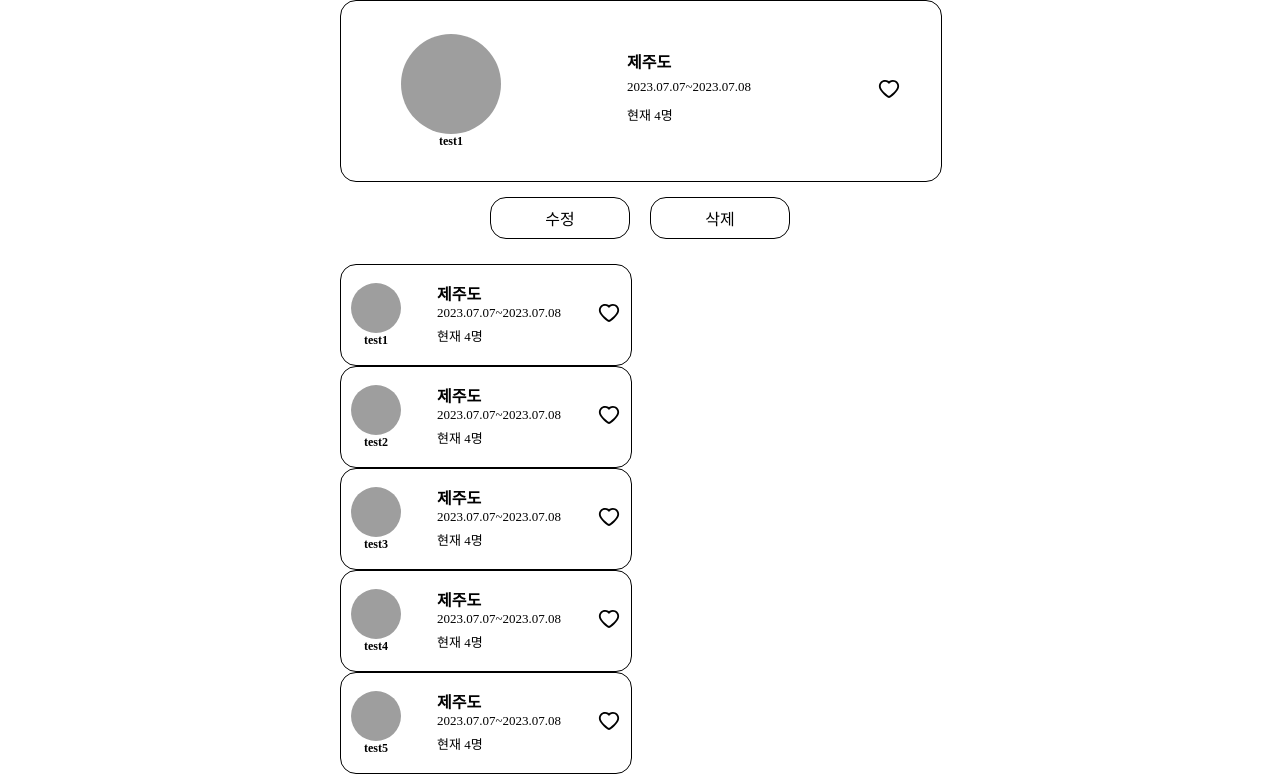
Repository: the-graces/matrip-web
Page: /tripSchedule (app in matrip/)
These files come from the project's save history. The page is drawn as it stood at one moment and after a run of saves; the edit follows.
The browser window is 1280 px wide. The pictures show the whole page.
Pictures or frames that could not be fetched are drawn as grey boxes. The project was rebuilt for these pictures with package versions that can differ from the ones it lists, and the page was loaded fresh each time. Also part of the build but not shown: matrip/src/pages/Main/mainStyle.tsx, matrip/src/pages/Main/Post.tsx, matrip/src/pages/Main/index.tsx, matrip/src/pages/FriendSearch/friendSearchStyle.tsx, matrip/src/data/userdata.ts, matrip/src/pages/FriendSearch/index.tsx, matrip/src/pages/ItineraryInfo/index.scss, matrip/src/pages/ItineraryInfo/itineraryInfoStyle.tsx and 4 more.

Above is the page before, as saved 2023-07-09 13:38:41.

### matrip/src/App.tsx
import React from "react";
import { BrowserRouter, Route, Routes } from "react-router-dom";
import Main from "./pages/Main";

import FriendSearch from "./pages/FriendSearch";
import ItineraryInfo from "./pages/ItineraryInfo";
import UserProfile from "./pages/UserProfile";

import GlobalFonts from "./styles/fonts";
import TripSchedule from "./pages/TripSchedule";

function App() {
   return (
      <BrowserRouter>
         <GlobalFonts />
         <Routes>
            <Route
               path="/"
               element={<Main />}
            />
            <Route
               path="/friendSearch"
               element={<FriendSearch />}
            />
            <Route
               path="/itineraryInfo"
               element={<ItineraryInfo />}
            />
            <Route
               path="/userProfile"
               element={<UserProfile />}
            />
            <Route
               path="/tripSchedule"
               element={<TripSchedule />}
            />
         </Routes>
      </BrowserRouter>
   );
}

export default App;

### matrip/src/styles/fonts/index.js
import { createGlobalStyle } from "styled-components";
import Prentendard from "./Pretendard-Regular.woff2";

export default createGlobalStyle`
@font-face {
    font-family: "Prentendard";
    src: url(${Prentendard}) fromat("woff2");
}`;

### matrip/src/pages/TripSchedule/index.tsx
import React from "react";
import "./index.scss";

import * as iss from "./TripScheduleStyle";
import * as gs from "../../styles/GlobalStyles";
import "./index.scss";
import { fdata } from "../../data/userdata";
import { postdata } from "../../data/postdata";
import { AiOutlineHeart } from "react-icons/ai";
import UserList from "./UserList";

const TripSchedule: React.FC = () => {
  const post = postdata[0];

  return (
    <gs.MainContainer>
      <iss.MainContainer>
        <iss.postBox key={post.id}>
          <iss.profileBox to={"/userProfile"}>
            <iss.profileImgBox>
              <iss.profileImg src={post.imgurl} alt="유저 프로필" />
            </iss.profileImgBox>
            <iss.Nickname>{post.nick}</iss.Nickname>
          </iss.profileBox>
          <iss.postContent to={"/itineraryInfo"}>
            <iss.postTitle>{post.destination}</iss.postTitle>
            <iss.postPeriod>
              {post.startDate}~{post.endData}
            </iss.postPeriod>
            <iss.postPeriod>현재 {post.personnel}명</iss.postPeriod>
          </iss.postContent>
          <div>
            <iss.LikeBtn>
              <AiOutlineHeart size="24" />
            </iss.LikeBtn>
          </div>
        </iss.postBox>

        <iss.TripSchedulePostButton>
          <iss.TripSchedulePostButtonL>수정</iss.TripSchedulePostButtonL>
          <iss.TripSchedulePostButtonR>삭제</iss.TripSchedulePostButtonR>
        </iss.TripSchedulePostButton>

        <UserList/>
      </iss.MainContainer>
    </gs.MainContainer>
  );
};

export default TripSchedule;

### matrip/src/styles/GlobalStyles.tsx
import { styled } from "styled-components";

// 전체 화면 컨테이너
export const MainContainer = styled.div`
   width: 100%;
   display: flex;
   justify-content: center;
   font-family: Pretendard;
`;

// 그 안에 들어갈 내용을 감싸는 컨테이너
export const MainBox = styled.div`
   max-width: 600px;
   width: 100%;
   display: flex;
   flex-direction: column;
   align-items: center;

   @media screen and (min-width: 600px) {
      width: 600px;
   }
`;

### matrip/src/pages/TripSchedule/TripScheduleStyle.tsx
import { Link } from "react-router-dom";
import { styled } from "styled-components";

export const MainContainer = styled.div`
  max-width: 600px;
  width: 100%;

  @media screen and (min-width: 600px) {
    width: 600px;
  }
`;

export const postBox = styled.div`
  width: 100%;
  height: 180px;
  display: flex;
  align-items: center;
  justify-content: space-between;
  border: solid #000 1px;
  border-radius: 16px;
`;

export const profileBox = styled(Link)`
  padding: 0 10px;
  display: flex;
  flex-direction: column;
  align-items: center;
  color: #000;
  text-decoration: none;
  margin-left: 50px;
`;
export const profileImgBox = styled.div`
  width: 100px;
  height: 100px;
`;

export const profileImg = styled.img`
  width: 100%;
  height: 100%;
  object-fit: cover;
  border-radius: 50%;
`;

export const Nickname = styled.h4`
  font-size: 12px;
  font-weight: 600;
  margin: 0;
`;

export const postContent = styled(Link)`
  color: #000;
  text-decoration: none;
`;

export const postTitle = styled.div`
  font-size: 16px;
  font-weight: 800;
  margin-bottom: 6px;
`;

export const postPeriod = styled.div`
  font-size: 13px;
  margin-bottom: 10px;
`;

export const LikeBtn = styled.button`
  border: none;
  background: none;
  cursor: pointer;
  padding: 0 10px;
  margin-right: 30px;
`;

export const TripSchedulePostButton = styled.div`
  width: 50%;
  display: flex;
  border-radius: 40px;
  margin: auto;
  margin-top: 15px;
  gap: 20px;
  margin-bottom: 25px;
`;

export const TripSchedulePostButtonL = styled.div`
  width: 100%;
  height: 40px;
  display: flex;
  align-items: center;
  justify-content: space-between;
  border: solid #000 1px;
  border-radius: 16px;
  justify-content: center;
`;

export const TripSchedulePostButtonR = styled.div`
  width: 100%;
  height: 40px;
  display: flex;
  align-items: center;
  justify-content: space-between;
  border: solid #000 1px;
  border-radius: 16px;
  justify-content: center;
`;

export const userList = styled.div`

`;

export const userListPostBox = styled.div`
  width: calc((100% - 20px) / 2);
  height: 100px;
  display: flex;
  align-items: center;
  justify-content: space-between;
  border: solid #000 1px;
  border-radius: 16px;
`;

export const userListProfileBox = styled(Link)`
  padding: 0 10px;
  display: flex;
  flex-direction: column;
  align-items: center;
  color: #000;
  text-decoration: none;
`;

export const userListProfileImgBox = styled.div`
  width: 50px;
  height: 50px;
`;

export const userListProfileImg = styled.img`
  width: 100%;
  height: 100%;
  object-fit: cover;
  border-radius: 50%;
`;

export const userListNickname = styled.h4`
  font-size: 12px;
  font-weight: 600;
  margin: 0;
`;

export const userListPostContent = styled(Link)`
  color: #000;
  text-decoration: none;
`;

export const userListPostTitle = styled.div`
  font-size: 16px;
  font-weight: 800;
`;

export const userListPostPeriod = styled.div`
  font-size: 13px;
  margin-bottom: 5px;
`;

export const userListPLikeBtn = styled.button`
  border: none;
  background: none;
  cursor: pointer;
  padding: 0 10px;
`;

### matrip/src/data/postdata.ts
export const postdata = [
  {
    id: "1",
    nick: "test1",
    imgurl:
      "https://img2.daumcdn.net/thumb/R658x0.q70/?fname=https://t1.daumcdn.net/news/202302/21/spotvnews/20230221133133423kfxy.jpg",
    destination: "제주도",
    startDate: "2023.07.07",
    endData: "2023.07.08",
    personnel: 4,
  },
  {
    id: "2",
    nick: "test2",
    imgurl:
      "https://img2.daumcdn.net/thumb/R658x0.q70/?fname=https://t1.daumcdn.net/news/202302/21/spotvnews/20230221133133423kfxy.jpg",
    destination: "제주도",
    startDate: "2023.07.07",
    endData: "2023.07.08",
    personnel: 4,
  },
  {
    id: "3",
    nick: "test3",
    imgurl:
      "https://img2.daumcdn.net/thumb/R658x0.q70/?fname=https://t1.daumcdn.net/news/202302/21/spotvnews/20230221133133423kfxy.jpg",
    destination: "제주도",
    startDate: "2023.07.07",
    endData: "2023.07.08",
    personnel: 4,
  },
  {
    id: "4",
    nick: "test4",
    imgurl:
      "https://img2.daumcdn.net/thumb/R658x0.q70/?fname=https://t1.daumcdn.net/news/202302/21/spotvnews/20230221133133423kfxy.jpg",
    destination: "제주도",
    startDate: "2023.07.07",
    endData: "2023.07.08",
    personnel: 4,
  },
  {
    id: "5",
    nick: "test5",
    imgurl:
      "https://img2.daumcdn.net/thumb/R658x0.q70/?fname=https://t1.daumcdn.net/news/202302/21/spotvnews/20230221133133423kfxy.jpg",
    destination: "제주도",
    startDate: "2023.07.07",
    endData: "2023.07.08",
    personnel: 4,
  },
];

### matrip/src/pages/TripSchedule/UserList.tsx
import React from "react";
import "./index.scss";

import * as iss from "./TripScheduleStyle";
import "./index.scss";
import { fdata } from "../../data/userdata";
import { AiOutlineHeart } from "react-icons/ai";
import { postdata } from "../../data/postdata";

const UserList: React.FC = () => {
  return (
    <iss.userList>
      {postdata.map((post) => (
        <iss.userListPostBox key={post.id}>
          <iss.userListProfileBox to={"/userProfile"}>
            <iss.userListProfileImgBox>
              <iss.userListProfileImg src={post.imgurl} alt="유저 프로필" />
            </iss.userListProfileImgBox>
            <iss.userListNickname>{post.nick}</iss.userListNickname>
          </iss.userListProfileBox>
          <iss.userListPostContent to={"/itineraryInfo"}>
            <iss.userListPostTitle>{post.destination}</iss.userListPostTitle>
            <iss.userListPostPeriod>
              {post.startDate}~{post.endData}
            </iss.userListPostPeriod>
            <iss.userListPostPeriod>현재 {post.personnel}명</iss.userListPostPeriod>
          </iss.userListPostContent>
          <div>
            <iss.userListPLikeBtn>
              <AiOutlineHeart size="24" />
            </iss.userListPLikeBtn>
          </div>
        </iss.userListPostBox>
      ))}
    </iss.userList>
  );
};

export default UserList;

Loaded but not shown: matrip/public/index.html (common file); matrip/src/index.tsx (common file); matrip/src/index.css (common file); matrip/src/reportWebVitals.ts (common file)

After the next 2 saves:
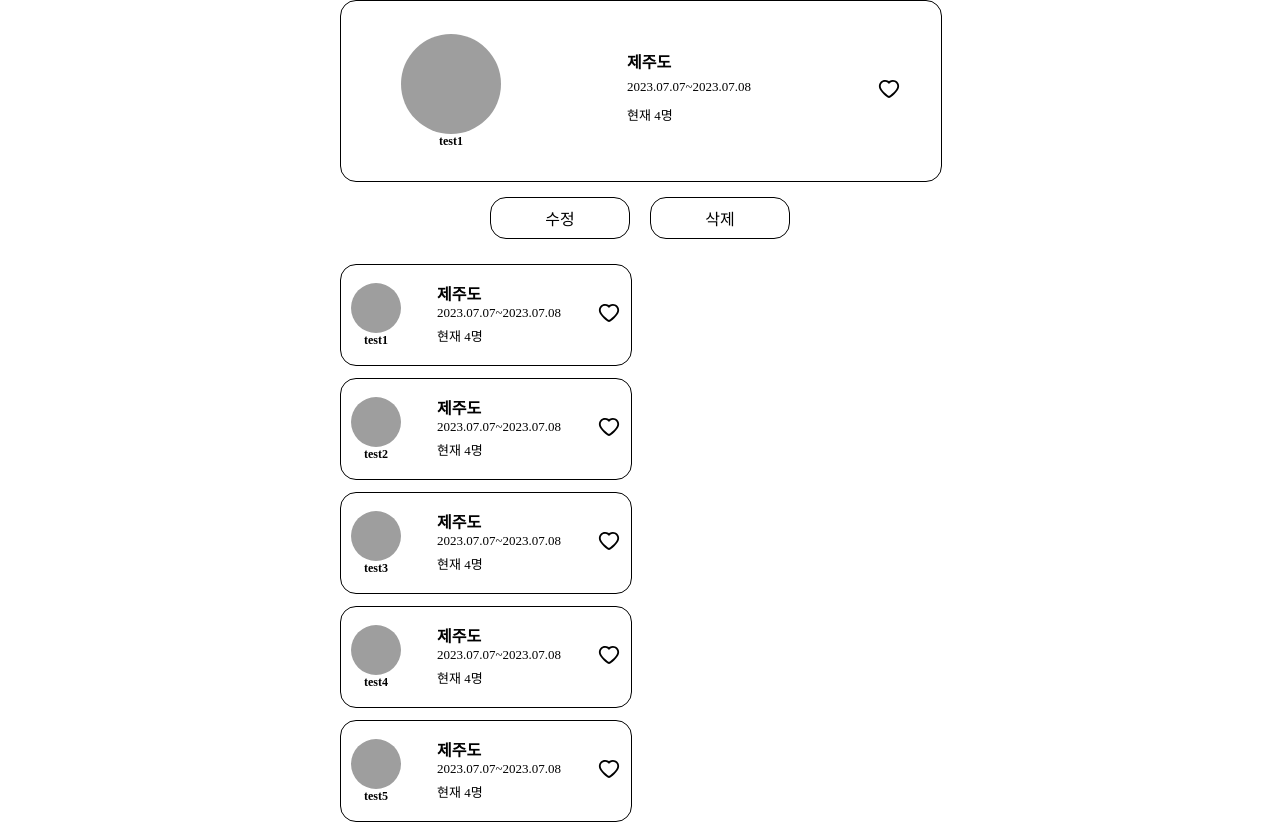
The 2 saves are shown as one change because they came seconds apart.
The last was saved 19 s later.
--- a/matrip/src/pages/TripSchedule/TripScheduleStyle.tsx
+++ b/matrip/src/pages/TripSchedule/TripScheduleStyle.tsx
@@ -115,6 +115,7 @@ export const userListPostBox = styled.div`
   justify-content: space-between;
   border: solid #000 1px;
   border-radius: 16px;
+  margin-bottom: 12px;
 `;
 
 export const userListProfileBox = styled(Link)`
